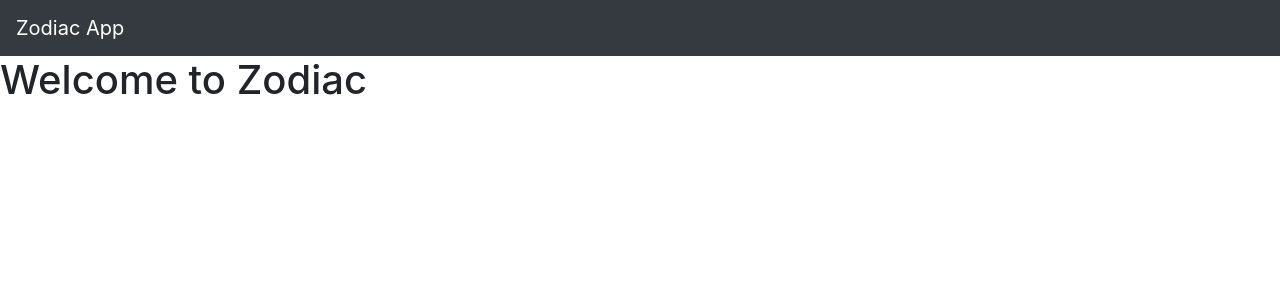
Repository: robertkameni/Zodiac-App
Page: client/index.html
An editor plug-in stored every save of this project. The page is shown before and after a run of saves, followed by the edit.
The browser window is 1280 px wide. The pictures show the whole page.

Above is the page before, as saved 2019-06-16 15:45:36.

After the next 3 saves:
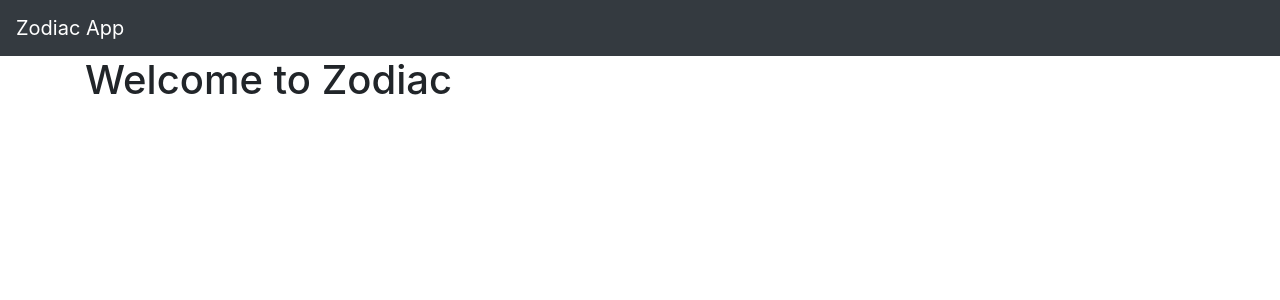
The 3 saves are shown as one change because they came seconds apart.
The last was saved 9 s later.
--- a/client/index.html
+++ b/client/index.html
@@ -22,9 +22,10 @@
     </nav>
 
     <div class="container">
+        <h1>Welcome to Zodiac</h1>
+        <div class="row"></div>
+    </div>
 
-    </div>
-    <h1>Welcome to Zodiac</h1>
 
 
 
